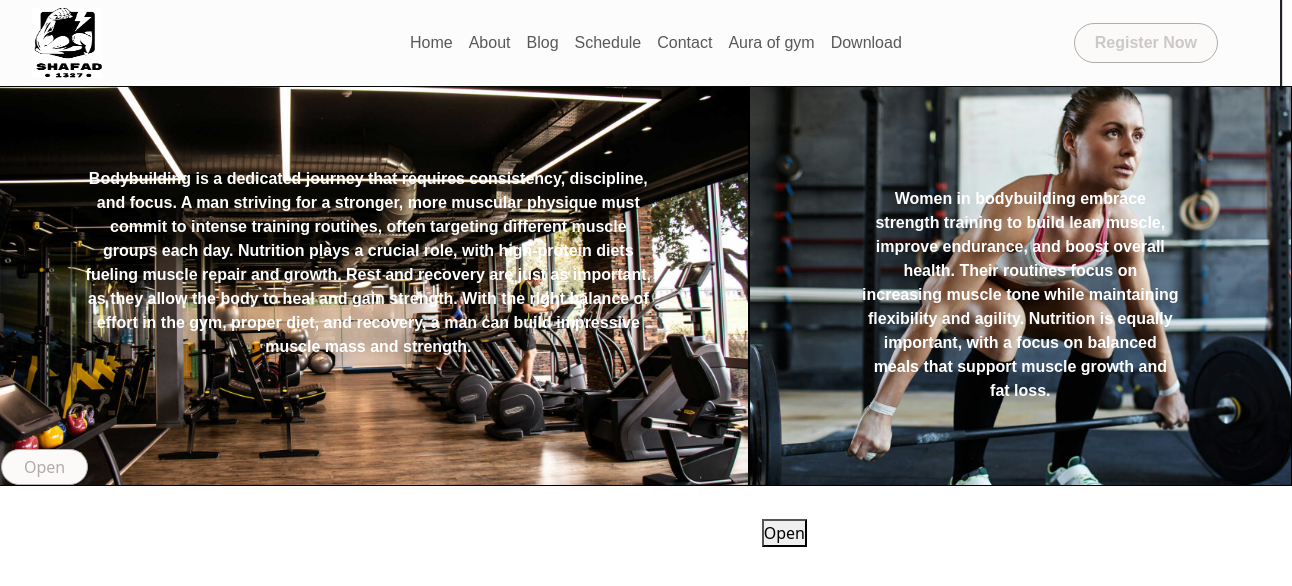
Repository: Daud-shafad/gymwebsite
Page: bootstrap-5.3.3-dist/bootstrap-5.3.3-dist/gym.html
The author's editor kept a copy of each file at every save. The page is drawn from the files as they stood at one save, then again after the next save.
The browser window is 1280 px wide. The page is 1292 px wide, so the pictures cover 1292 px, including what lies to the right of the window. The pictures show the whole page.

Above is the page before, as saved 2024-12-28 13:49:46.

### bootstrap-5.3.3-dist/bootstrap-5.3.3-dist/gym.html
<!DOCTYPE html>
<html lang="en">
<head>
    <title>GYM WEBSITE</title>
    <meta charset="UTF-8">
    <meta name="viewport" content="width=device-width, initial-scale=1.0">
    <meta name="author" content="Daud_Shafad">
    <meta name="Description" content="This gym website front-end part">
    <meta name="keyword" content="html, css, bootstrap, front-end, gym, website">
    <link rel="stylesheet" href="gym.css">
    <link rel="stylesheet" href="css/bootstrap.css">


</head>
<body>

    <nav class="navbar navbar-expand-lg" style="background-color: rgb(253, 252, 252); box-shadow: 1px -1px 1px 1px">
        <div class="container-fluid">
          <img src="power.png" style="width: 70px;
          height: 70px; margin-left: 20px;" >
          <button class="navbar-toggler" type="button" data-bs-toggle="collapse" data-bs-target="#navbarSupportedContent" aria-controls="navbarSupportedContent" aria-expanded="false" aria-label="Toggle navigation">
            <span class="navbar-toggler-icon"></span>
          </button>
          <div class="collapse navbar-collapse" id="navbarSupportedContent" style="font-family: sans-serif;">
            <ul class="navbar-nav me-auto mb-2 mb-lg-0" style="margin-left: 300px;">
              <li class="nav-item" >
                <a class="nav-link" aria-current="page" href="#">Home</a>
              </li>
              <li class="nav-item" >
                <a class="nav-link" href="#">About</a>
              </li>
              <li class="nav-item">
                <a class="nav-link" href="#">Blog</a>
              </li>
              <li class="nav-item">
                <a class="nav-link" aria-disabled="false">Schedule</a>
              </li>
              <li class="nav-item">
                <a class="nav-link" aria-disabled="false">Contact</a>
              </li>
              <li class="nav-item">
                <a class="nav-link" aria-disabled="false">Aura of gym</a>
              </li>
              <li class="nav-item">
                <a class="nav-link" aria-disabled="false">Download</a>
              </li>
              </ul>
           <button class="btn-register">
            Register Now
           </button>
          </div>
        </div>
      </nav>

      <div class="row">
        <div class="col-7">
          <p class="p-man-bodybuilding">Bodybuilding is a dedicated journey that requires consistency, discipline, and focus. A man striving for a stronger, more muscular physique must commit to intense training routines, often targeting different muscle groups each day. Nutrition plays a crucial role, with high-protein diets fueling muscle repair and growth. Rest and recovery are just as important, as they allow the body to heal and gain strength. With the right balance of effort in the gym, proper diet, and recovery, a man can build impressive muscle mass and strength.</p>
          <button class="btn-open-1">Open</button>
        </div>
        <div class="col-5">
        <p class="p-women-bodybuilding">Women in bodybuilding embrace strength training to build lean muscle, improve endurance, and boost overall health. Their routines focus on increasing muscle tone while maintaining flexibility and agility. Nutrition is equally important, with a focus on balanced meals that support muscle growth and fat loss.</p>
        <button class="btn-open-2">Open</button>
    </div>
      </div>





    <script src="js/bootstrap.js"></script>


</body>
</html>

### bootstrap-5.3.3-dist/bootstrap-5.3.3-dist/gym.css
*{
    margin:0;
    padding: 0;
}

.btn-register{
    background-color: rgb(252, 249, 249);
    padding: 7px 20px 7px 20px;
    border: 1px solid rgb(177, 171, 171);
    cursor: pointer;
    border-radius: 25px;
    margin-right: 50px;
    font-family: sans-serif;
    font-size: 16px;
    font-weight: 600;
    color: rgb(204, 200, 200);
    text-transform: capitalize;
    transition: all 2s;
}

.btn-register:hover{
   background-color: rgb(177, 171, 171);
   color: rgb(252, 249, 249);
   border: rgb(252, 249, 249);
   letter-spacing: 2px;
   box-shadow: 2px 1px 2px 2px;

}

#navbarSupportedContent:hover{
    letter-spacing: 1px;
    color: black;
    cursor: pointer;
    transition: all 2s;
}

.row .col-7{

    background: url(Gym5.jpg);
    background-position: center;
    background-size: cover;
    background-repeat: no-repeat;
    height: 400px;
    border: 1px solid black;
}

.row .col-7 .p-man-bodybuilding{
    font-family: sans-serif;
    font-size: 16px;
    font-weight: 600;
    text-align: center;
    padding: 80px;
    color: white;
}

.row .col-7 .btn-open-1{
   background-color: rgb(252, 249, 249);
   color: rgb(177, 171, 171);
   border: 1px solid rgb(177, 171, 171);
   cursor: pointer;
   border-radius: 25px;
   padding: 5px 22px 5px 22px;
   margin-top: -100px;
}

.row .col-5{
    background: url(Photowomen2.jpg);
    background-position: center;
    background-size: cover;
    background-repeat: no-repeat;
    height: 400px;
    border: 1px solid black;

}

.row .col-5 .p-women-bodybuilding{
    font-family: sans-serif;
    font-size: 16px;
    font-weight: 600;
    text-align: center;
    padding: 100px;
    color: white;
}

Loaded but not shown: bootstrap-5.3.3-dist/bootstrap-5.3.3-dist/css/bootstrap.css (library); bootstrap-5.3.3-dist/bootstrap-5.3.3-dist/js/bootstrap.js (library)

After the next save:
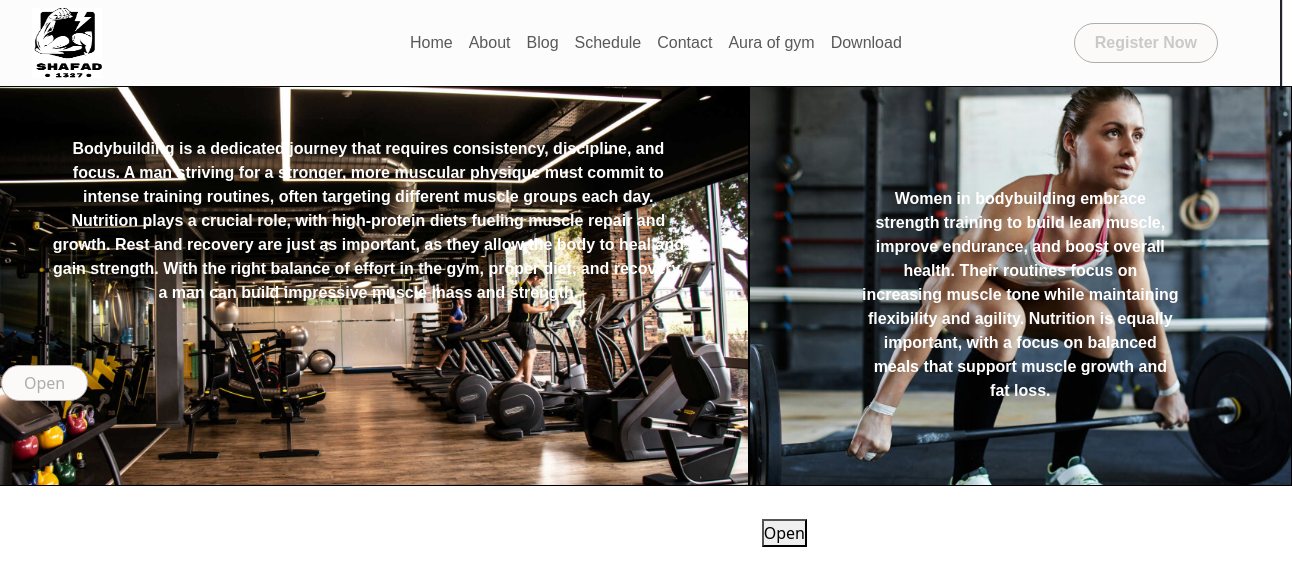
Saved 23 s later.
--- a/bootstrap-5.3.3-dist/bootstrap-5.3.3-dist/gym.css
+++ b/bootstrap-5.3.3-dist/bootstrap-5.3.3-dist/gym.css
@@ -49,7 +49,7 @@
     font-size: 16px;
     font-weight: 600;
     text-align: center;
-    padding: 80px;
+    padding: 50px;
     color: white;
 }
 
